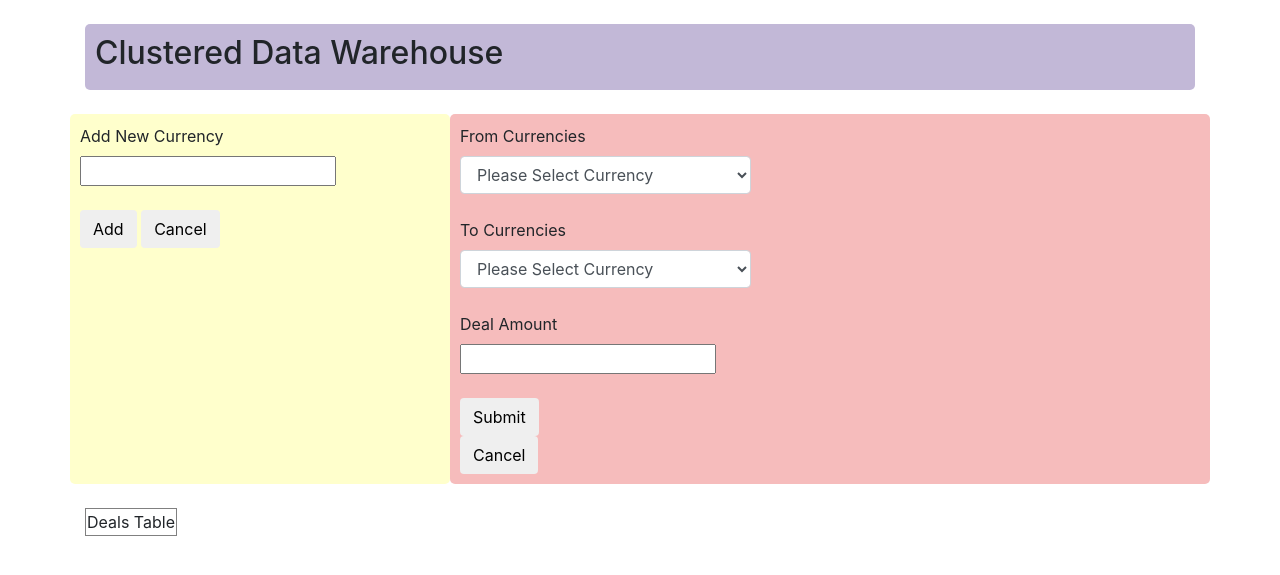
Repository: AlhassanAbuGhazaleh/ProgressSoftProject
Page: http://localhost/Clustered_Data__Alhasan_Abu_Ghazaleh_/WEB-INF/views/home.jsp
An editor plug-in stored every save of this project. The page is shown before and after the next save, followed by the edit.
The browser window is 1280 px wide. The pictures show the whole page.
The page is served by Tomcat 9. Nobody is signed in. Other server files are loaded and not shown. The template is opened directly, without the code that normally fills it, so the values that code supplies are empty.

Above is the page before, as saved 2020-10-10 08:35:38.
Console error: ReferenceError: $ is not defined

### Clustered Data (Alhasan Abu Ghazaleh)/src/main/webapp/WEB-INF/views/home.jsp
<%@page contentType="text/html" pageEncoding="UTF-8" isELIgnored="false"%>
<!DOCTYPE HTML PUBLIC "-//W3C//DTD HTML 4.01 Transitional//EN"
   "http://www.w3.org/TR/html4/loose.dtd">

<html>
<head>
<link rel="stylesheet"
	href="https://maxcdn.bootstrapcdn.com/bootstrap/4.0.0/css/bootstrap.min.css"
	integrity="sha384-Gn5384xqQ1aoWXA+058RXPxPg6fy4IWvTNh0E263XmFcJlSAwiGgFAW/dAiS6JXm"
	crossorigin="anonymous">

<%@ taglib prefix="c" uri="http://java.sun.com/jsp/jstl/core"%>
<%@ taglib prefix="fmt" uri="http://java.sun.com/jsp/jstl/fmt"%>
<%@ taglib prefix="fn" uri="http://java.sun.com/jsp/jstl/functions"%>
<%@ taglib prefix="s" uri="http://www.springframework.org/tags"%>
<%@page import="java.util.Calendar"%>
<%@page import="java.util.GregorianCalendar"%>

<script src="<c:url value="/resources/js/home.js"></c:url>"
	type="text/javascript"></script>


<meta http-equiv="Content-Type" content="text/html; charset=ISO-8859-1">

<title>Clustered Data Warehouse</title>
</head>
<body>
	<br>
	<div class="container">
		<div class="col-md-12"
			style="border-radius: 5px; background-color: #C2B8D7; padding: 10px;">
			<div style="align-content: center">
				<h2>Clustered Data Warehouse</h2>
			</div>
		</div>
	</div>
	<br>
	<div class="container">
		<div class="row">
			<div class="col-sm-4"
				style="border-radius: 5px; background-color: #FFFFCC; padding: 10px;">
				<form id="addCurrencyForm">
					<div class="row">
						<div class="col-md-6">
							<label class="control-label">Add New Currency</label> <input
								type="text" name="currency" id="currency">
						</div>
					</div>
					<br>
					<div class="row">
						<div class="col-md-6">
							<button type="submit" class="btn blue" id="addCurrency">Add</button>
							<button type="button" class="btn default" id="cancelAddCurrency">Cancel</button>
						</div>
					</div>

				</form>
			</div>

			<div class="col-sm-8"
				style="border-radius: 5px; background-color: #F6BCBC; padding: 10px;">
				<form id="DealForm">
					<div class="row">
						<div class="col-md-5">
							<label class="control-label">From Currencies</label> <select
								onchange="updateToCurrencies()" class="form-control"
								id="fromCurrency" name="fromCurrency">
								<option selected>Please Select Currency</option>
								<c:forEach items="${currencies}" var="currency">
									<option value="${currency}">${currency.currencyName}</option>
								</c:forEach>
							</select>
						</div>
					</div>
					<br>
					<div class="row">
						<div class="col-md-5">
							<label class="control-label">To Currencies</label> <select
								class="form-control" id="toCurrency" name="toCurrency">
								<option selected>Please Select Currency</option>
								<c:forEach items="${currencies}" var="currency">
									<option value="${currency}">${currency.currencyName}</option>
								</c:forEach>
							</select>
						</div>
					</div>
					<br>
					<div class="row">
						<div class="col-md-2">
							<label class="control-label">Deal Amount</label> <input
								type="text" name="amount" id="amount">
						</div>
					</div>
					<br>
					<div class="row">
						<div class="col-md-2">
							<div class="form-actions">
								<button type="submit" class="btn blue" id="submitBtn">Submit</button>
								<button type="button" class="btn default" id="cancelBtn">Cancel</button>
							</div>
						</div>
					</div>
				</form>
			</div>

		</div>
	</div>
	<br>
	<div class="container">
		<div class="form-group">
			<table id="currenciesTable" border="1">
				<thead class="dataTableHeader">
					<tr>
						<td>Deals Table</td>
					</tr>
				</thead>
				<tbody>
					<c:forEach items="${currencies}" var="currency">
						<c:if test="${not empty currency}">
							<tr>
								<td>${currency.currencyName}</td>
							</tr>
						</c:if>
						<c:if test="${empty currency}">
							<tr>
								<td>There's No Currencies</td>
							</tr>
						</c:if>
					</c:forEach>
				</tbody>
			</table>
		</div>
	</div>
</body>
</html>

### Clustered Data (Alhasan Abu Ghazaleh)/src/main/webapp/resources/js/home.js
$(document).ready(
		function() {

			$("#cancelBtn").click(function() {
				window.location.href = '../home';
			});

			$("#taskForm").on(
					'submit',
					function(e) {
						e.preventDefault();
						if (validateForm()) {
							submitTaskForm();
						} else {
							toastrNotification("error",
									"Please fill the required fields.",
									"Invalid Fields", "");
						}
					});

		});

function validateForm() {
	debugger;
	var isValid = true;
	// var taskType = $("#taskType").val();
	// $("#eventKeys").val().length == 0
	// if (taskType == "CRM" || taskType == "UQUIZ" || taskType == "UMNICOIN") {
	// if (isEmpty("#eventKeys")) {
	// isValid = false;
	// }
	// } else if (taskType == "QUESTION_TEXT") {
	// if (isEmpty("#option1Text")) {
	// isValid = false;
	// }
	// if (isEmpty("#option2Text")) {
	// isValid = false;
	// }
	// }
	// if (isEmpty("#taskTitleText")) {
	// toastrNotification("error", "Please fill the title field",
	// "Invalid Fields", "");
	// isValid = false;
	// }

	return isValid;
}

function submitDealForm() {
	if (validateForm() == true) {
		formData = $('#DealForm').serialize();
		$.ajax({
			url : "../submitDeal",
			type : "POST",
			data : formData,
			complete : function() {
				console.log("complete");
			},
			success : function(ajaxNotification) {
				if (ajaxNotification.status == "success") {
					// window.location.href = "../home";
				} else {
					toastrNotification(ajaxNotification.status,
							ajaxNotification.message, ajaxNotification.title,
							"");
				}
			},
			error : function(jqXHR, textStatus, errorThrown) {
				$("#loader-wrapper").attr("style",
						"background: black; opacity: 0.6;display:none");
				console.log(jqXHR);
				console.log(textStatus);
				console.log(errorThrown);
				$('#ajax_div').hide();
			}
		});
	}
}

function updateToCurrencies() {

	var fromCurrency = $('#fromCurrency').val();
	$.ajax({
		url : "getSubTasks/" + taskType,
		type : "GET",
		complete : function() {
			console.log("complete");
		},
		success : function(subTaskList) {
			var items = '';
			for (var i = 0; i < subTaskList.length; i++) {
				items += "<option value='" + subTaskList[i].title + "' ";
				items += ">" + subTaskList[i].title + "</option>";
			}
			$("#subTask").html(items);
			// $('#eventKeys').change();
			debugger;
			$('#eventKeys').find('option').remove().end();
		},
		error : function(jqXHR, textStatus, errorThrown) {
			$("#loader-wrapper").attr("style",
					"background: black; opacity: 0.6;display:none");
			console.log(jqXHR);
			console.log(textStatus);
			console.log(errorThrown);
			$('#ajax_div').hide();
		}
	});
}

After the next save:
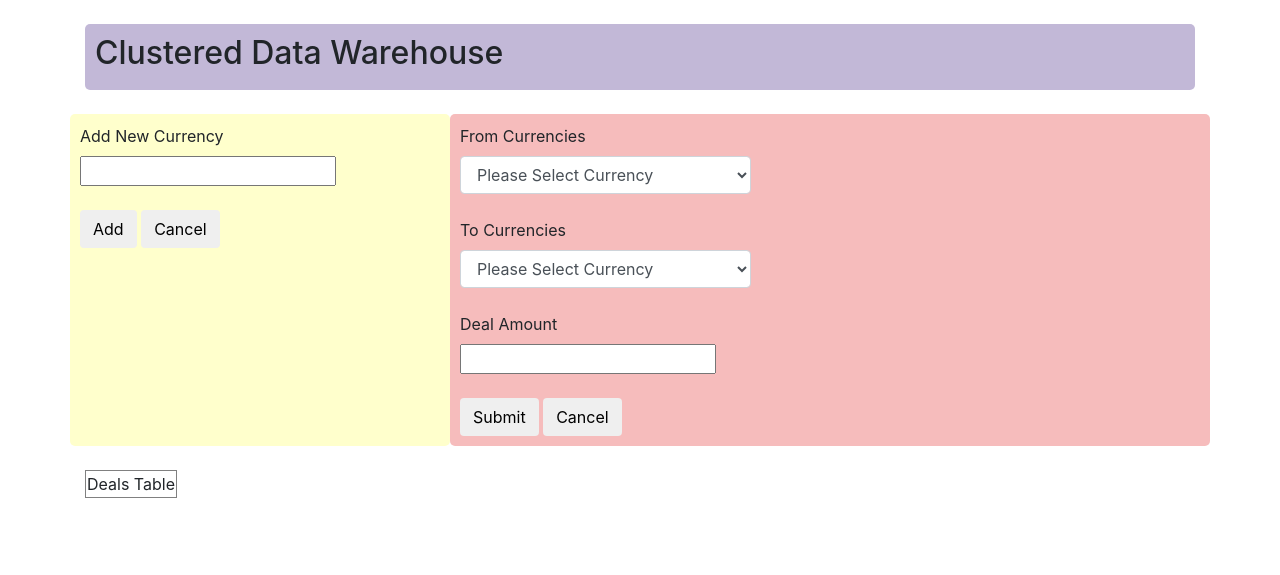
Saved 37 s later.
--- a/Clustered Data (Alhasan Abu Ghazaleh)/src/main/webapp/WEB-INF/views/home.jsp
+++ b/Clustered Data (Alhasan Abu Ghazaleh)/src/main/webapp/WEB-INF/views/home.jsp
@@ -93,7 +93,7 @@
 					</div>
 					<br>
 					<div class="row">
-						<div class="col-md-2">
+						<div class="col-md-6">
 							<div class="form-actions">
 								<button type="submit" class="btn blue" id="submitBtn">Submit</button>
 								<button type="button" class="btn default" id="cancelBtn">Cancel</button>
